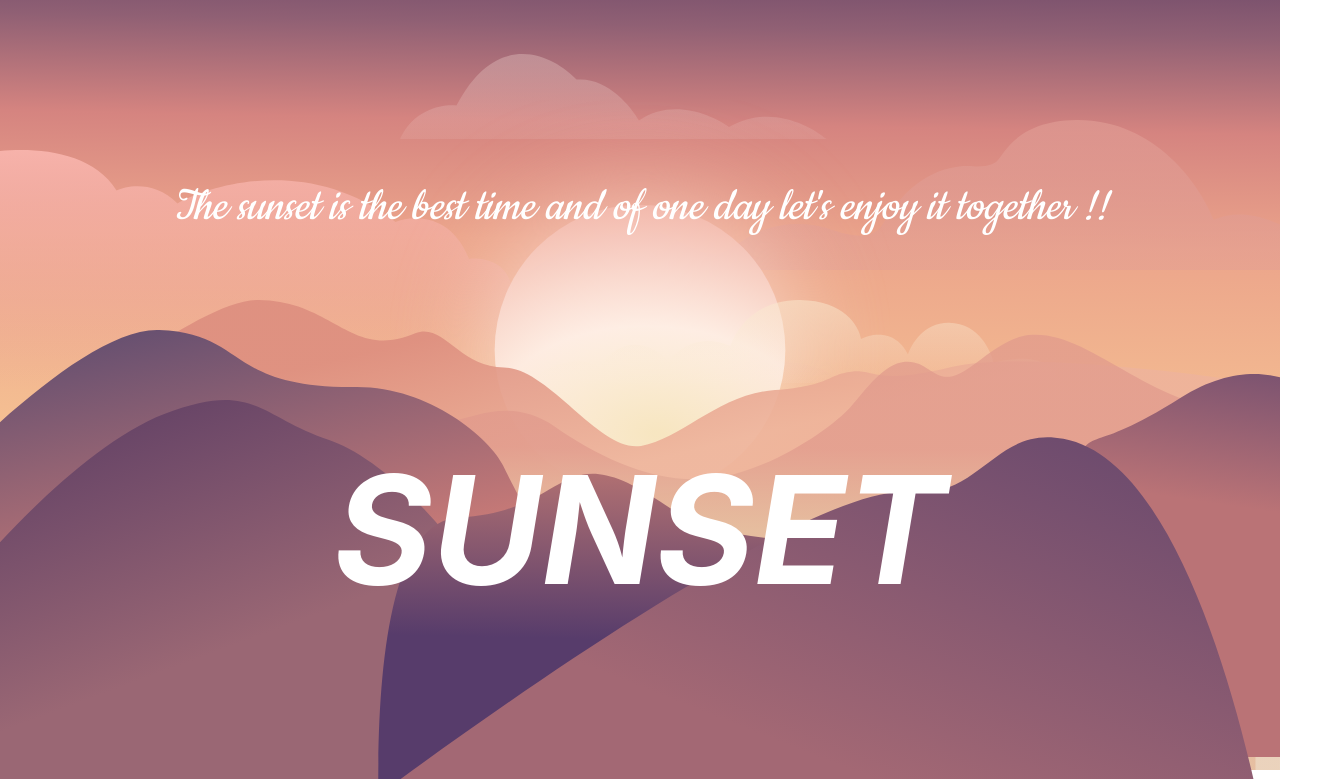
Repository: nambui98/parallax
Page: /
The author's editor kept a copy of each file at every save. The page is drawn from the files as they stood at one save, then again after the next save.
The browser window is 1280 px wide. The page is 1280 px wide, then 1340 px, so the pictures cover 1340 px, including what lies to the right of the window. The pictures show the whole page.
The project was rebuilt for these pictures with package versions that can differ from the ones it lists, and the page was loaded fresh each time. Also part of the build but not shown: vite.config.ts.

Above is the page before, as saved 2022-03-24 13:13:09.

After the next save:
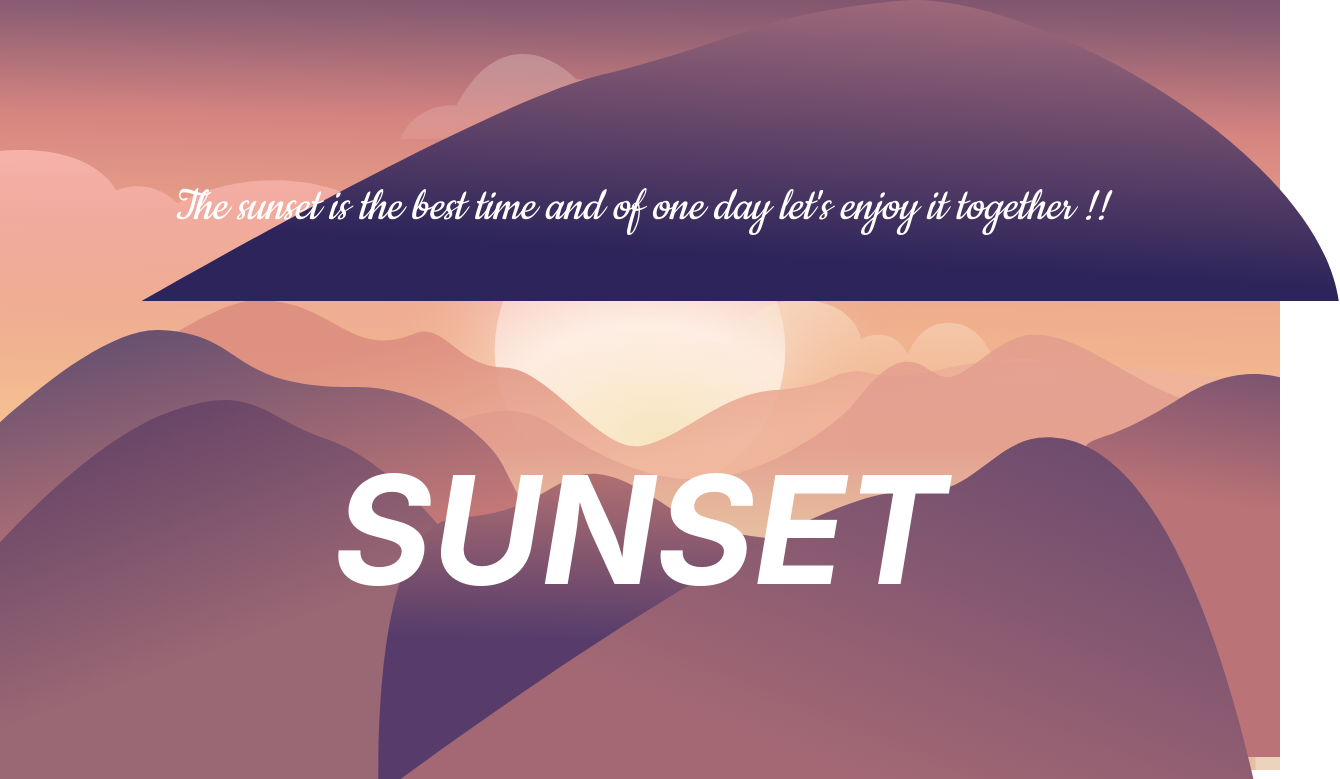
Saved 42 s later.
--- a/src/App.tsx
+++ b/src/App.tsx
@@ -8,6 +8,7 @@ import bg_6 from './assets/images/bg_6.svg'
 import bg_7 from './assets/images/bg_7.svg'
 import bg_8 from './assets/images/bg_8.svg'
 import bg_9 from './assets/images/bg_9.svg'
+import bg_10 from './assets/images/bg_10.svg'
 import './App.scss'
 
 function App() {
@@ -24,6 +25,7 @@ function App() {
           <img className='bg_6' src={bg_6} alt="" />
           <img className='bg_7' src={bg_7} alt="" />
           <img className='bg_9' src={bg_9} alt="" />
+          <img className='bg_10' src={bg_10} alt="" />
 
           {/* <img className='bg_8' src={bg_8} alt="" /> */}
           <h3>The sunset is the best time and of one day let's enjoy it together !!</h3>
